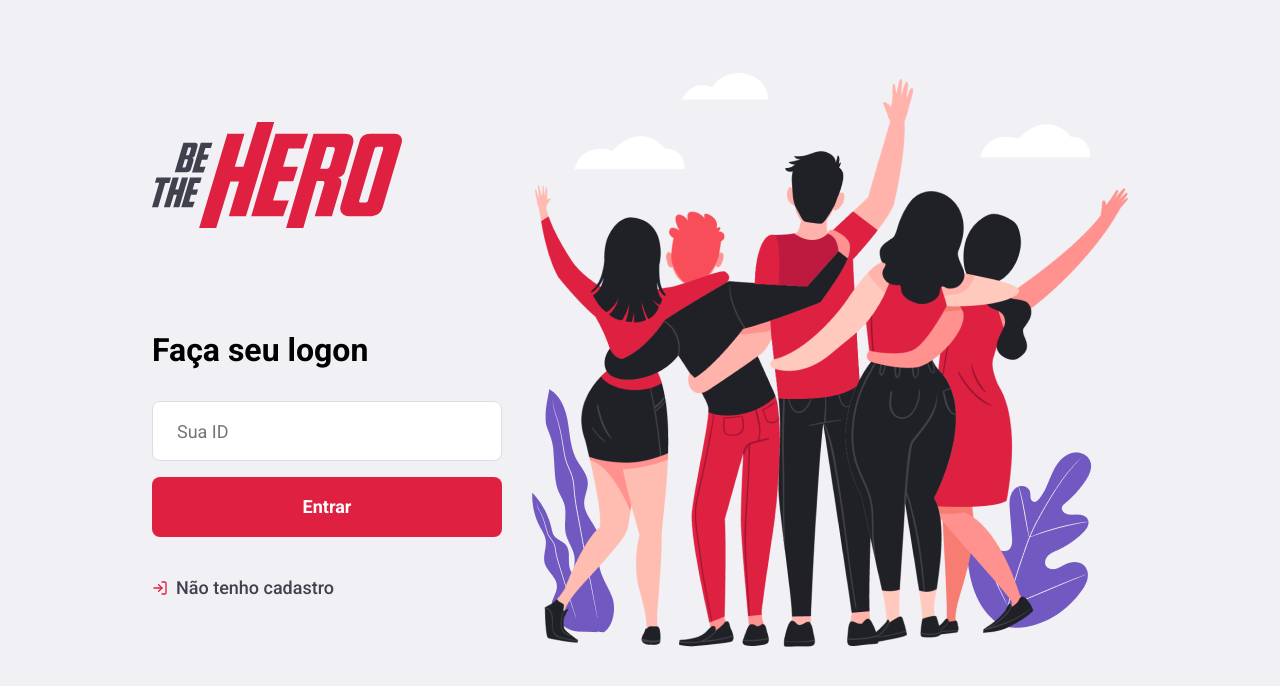
Repository: pedroevangelista/be-the-hero
Page: / (app in frontend/)
An editor plug-in stored every save of this project. The page is shown before and after the next save, followed by the edit.
The browser window is 1280 px wide. The pictures show the whole page.
The project was rebuilt for these pictures with package versions that can differ from the ones it lists, and the page was loaded fresh each time. Also part of the build but not shown: frontend/src/pages/Register/styles.css, frontend/src/pages/Register/index.js.

Above is the page before, as saved 2020-03-25 14:24:13.

After the next save:
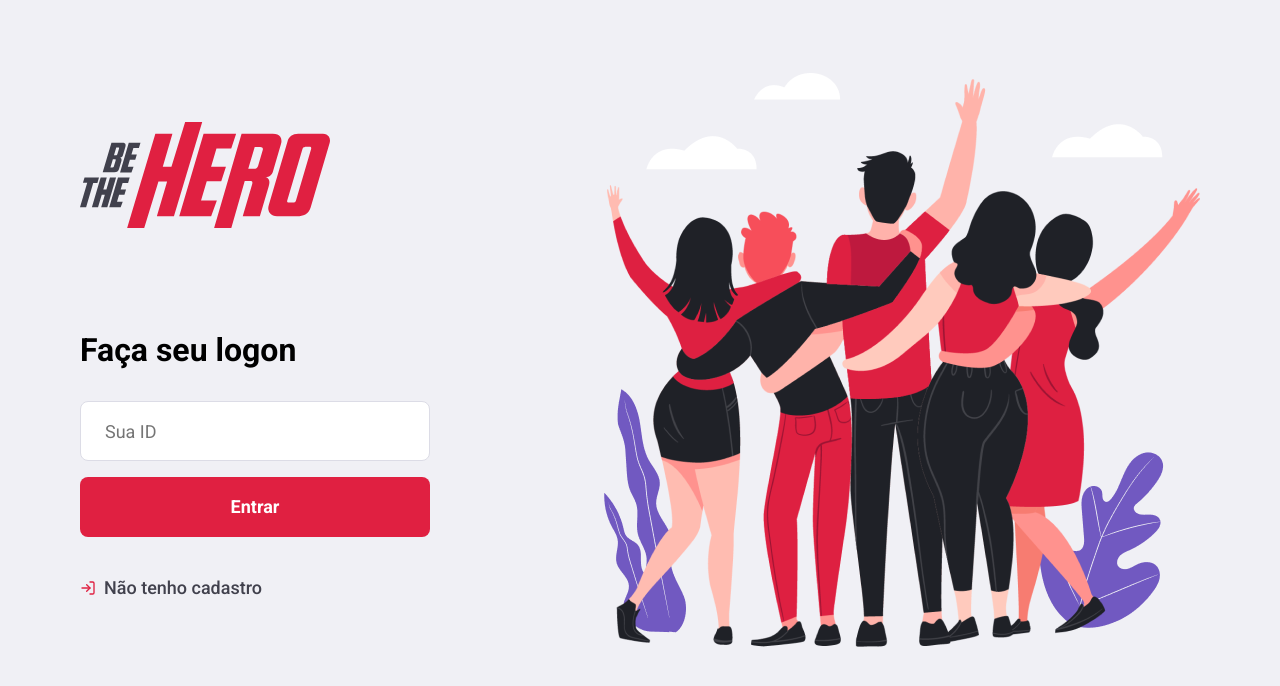
Saved 42 s later.
--- a/frontend/src/pages/Logon/styles.css
+++ b/frontend/src/pages/Logon/styles.css
@@ -5,7 +5,7 @@
     margin: 0 auto;
     display: flex;
     align-items: center;
-    justify-content: center;
+    justify-content: space-between;
 }
 
 .logon-container section.form {
